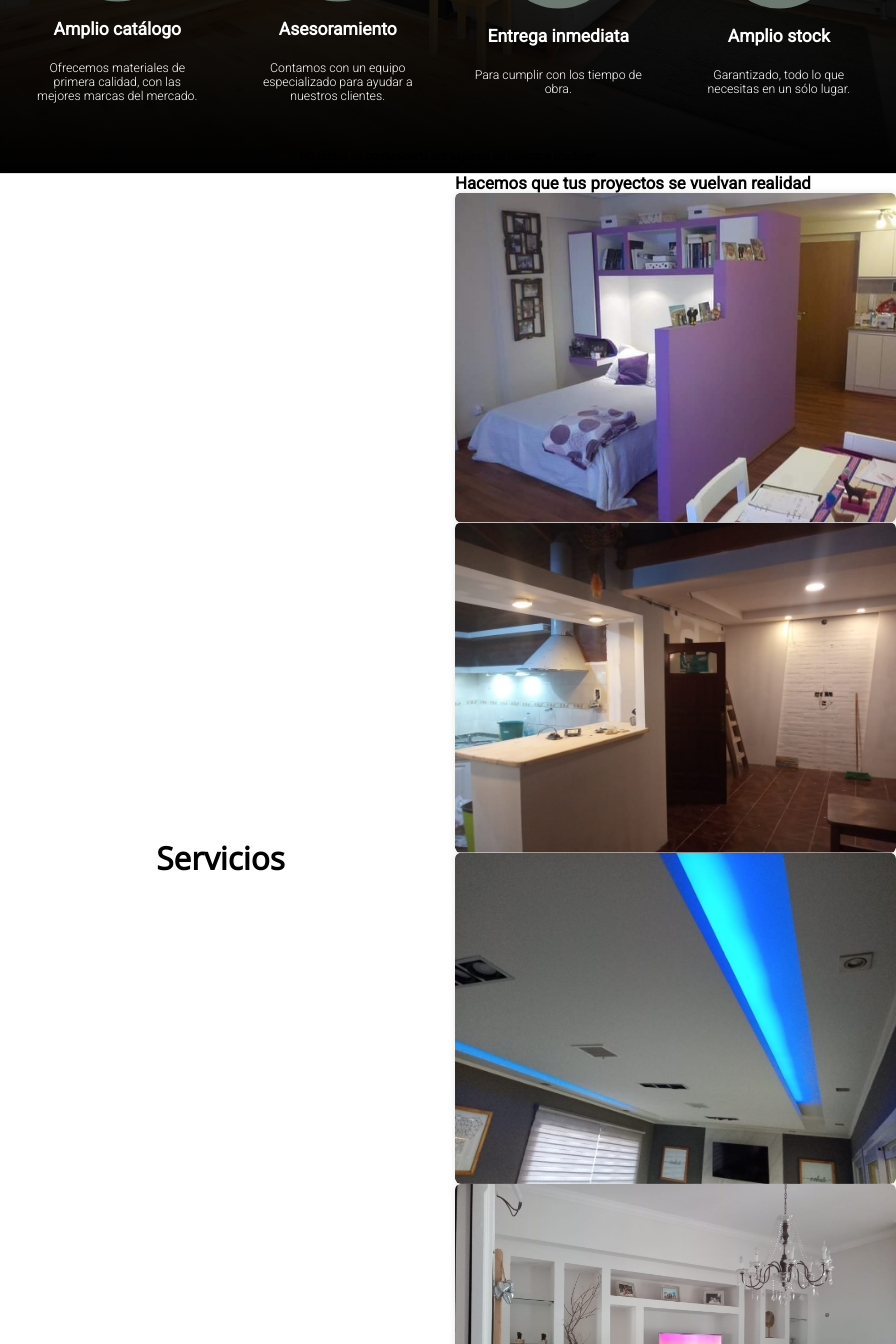
Repository: DamianBermudez94/Perfil-Plac
Page: /
The author's editor kept a copy of each file at every save. The page is drawn from the files as they stood at one save, then again after the next save.
The browser window is 1280 px wide. The pictures show the part of the page from y = 3046 to 4966 px (the page is 6189 px tall before and 6270 px after), at 70% of full size.
Backgrounds fixed to the window are drawn as part of the page. The project was rebuilt for these pictures with package versions that can differ from the ones it lists, and the page was loaded fresh each time. Also part of the build but not shown: vite.config.js, src/index.css.

Above is the page before, as saved 2024-02-20 17:00:05.

After the next save:
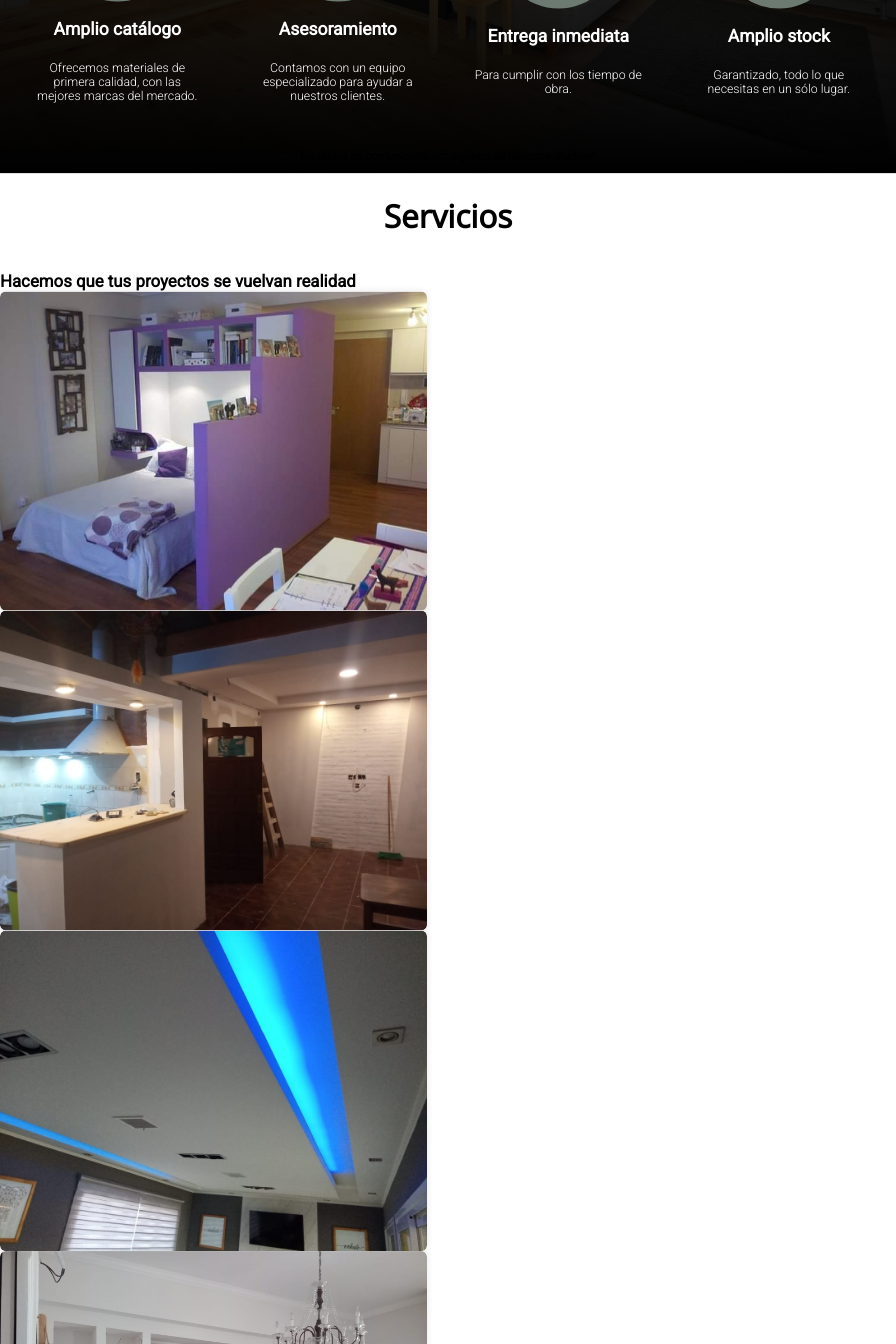
Saved 64 s later.
--- a/src/components/Servicios/styles.css
+++ b/src/components/Servicios/styles.css
@@ -3,7 +3,9 @@
   grid-template-columns: repeat(2, 1fr);
   gap: 20px;
 }
-
+.container-servicios h1{
+  grid-column: span 4;
+}
 .container-img {
   overflow: hidden;
   border-radius: 8px;
